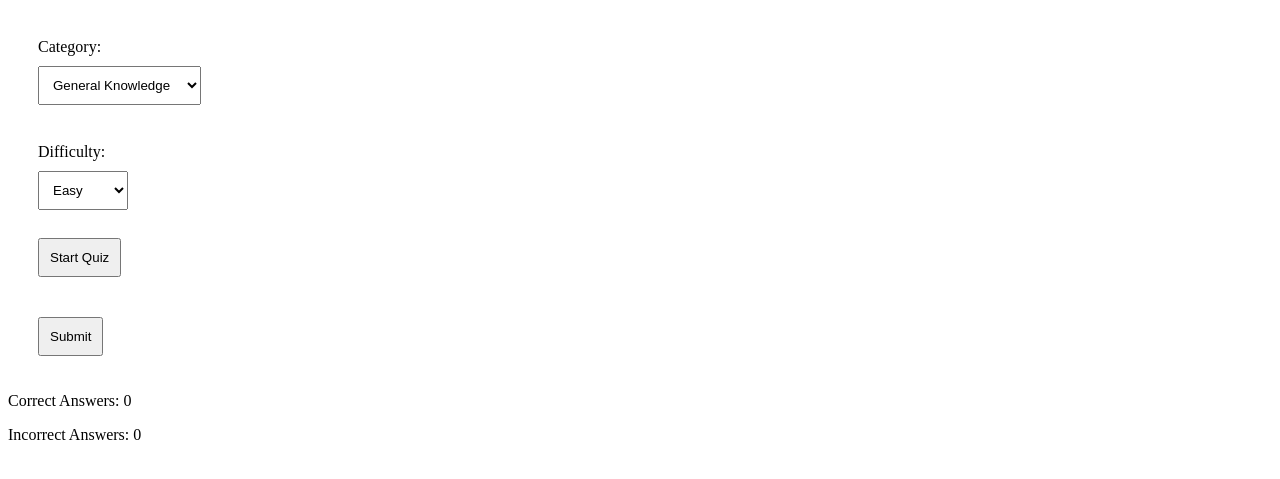
Repository: Kayla-amr/triviaSvelte
Page: /
These files come from the project's save history. The page is drawn as it stood at one moment and after the next save; the edit follows.
The browser window is 1280 px wide. The pictures show the whole page.
The project was rebuilt for these pictures with package versions that can differ from the ones it lists, and the page was loaded fresh each time. The framework's server and built-in components were replaced by stand-ins that run in the browser. Also part of the build but not shown: svelte.config.js, vite.config.js.

Above is the page before, as saved 2023-03-18 09:24:07.

### src/routes/+page.svelte
<script>


	let questions = [];

	function startQuiz() {
		const category = document.getElementById('category').value;
		const difficulty = document.getElementById('difficulty').value;


		const apiUrl = `https://opentdb.com/api.php?amount=10&category=${category}&difficulty=${difficulty}&type=multiple`;
        console.log(apiUrl);

        fetch(apiUrl)
            .then((response) => response.json())
            .then((data) => {
                questions = data.results;
            });
	}


	let correctAnswers = 0;
	let incorrectAnswers = 0;
	let unanswered = 0;

	function submitTrivia() {

		for (let i = 0; i < questions.length; i++) {
			let question = questions[i].question;
			let correctAnswer = questions[i].correct_answer;
			let incorrectAnswers = questions[i].incorrect_answers;
			let userAnswer = document.querySelector(`input[name="${question}"]:checked`).value;


			if (userAnswer === correctAnswer) {
				correctAnswers++;
			} else if (userAnswer === undefined) {
				unanswered++;
			} else {
				incorrectAnswers++;
			}
		}
	}
</script>

<div>
	<form id="quiz-form">

		<label for="category">Category:</label>
		<select id="category" name="category">
			<option value="9">General Knowledge</option>
			<option value="10">Books</option>
			<option value="11">Film</option>
			<option value="12">Music</option>
            <option value="13">Musicals & Theatres</option>
			<!-- Add more options for other categories -->
		</select><br />

		<label for="difficulty">Difficulty:</label>
		<select id="difficulty" name="difficulty">
			<option value="easy">Easy</option>
			<option value="medium">Medium</option>
			<option value="hard">Hard</option>
		</select><br />


		<button on:click={startQuiz}>Start Quiz</button>
	</form>
</div>

<div>
	<form action="triviaQuestions">
		{#each questions as question}
			<p>{@html question.question}</p>
			<input
				type="radio"
				name={question.question}
				value={question.correct_answer}
				id="correctAnswer"
			/>{@html question.correct_answer}<br />
			{#each question.incorrect_answers as incorrect}
				<input
					type="radio"
					name={question.question}
					value={incorrect}
					id="IncorrectAnswer"
				/>{@html incorrect}<br />
			{/each}
		{/each}

		<button on:click={submitTrivia}>Submit</button>
	</form>

	<div>
		<p>Correct Answers: {correctAnswers}</p>
		<p>Incorrect Answers: {incorrectAnswers}</p>
	</div>
</div>

<style>
    form {
        display: flex;
        flex-direction: column;
        align-items: start;
        padding: 20px;
    }
    label {
        padding: 10px;
    }
    select {
        margin: 0 10px 10px 10px;
        padding: 10px;
    }
    button {
        padding: 10px;
        margin: 0 10px;
    }
</style>

Loaded but not shown: src/app.html (common file)

After the next save:
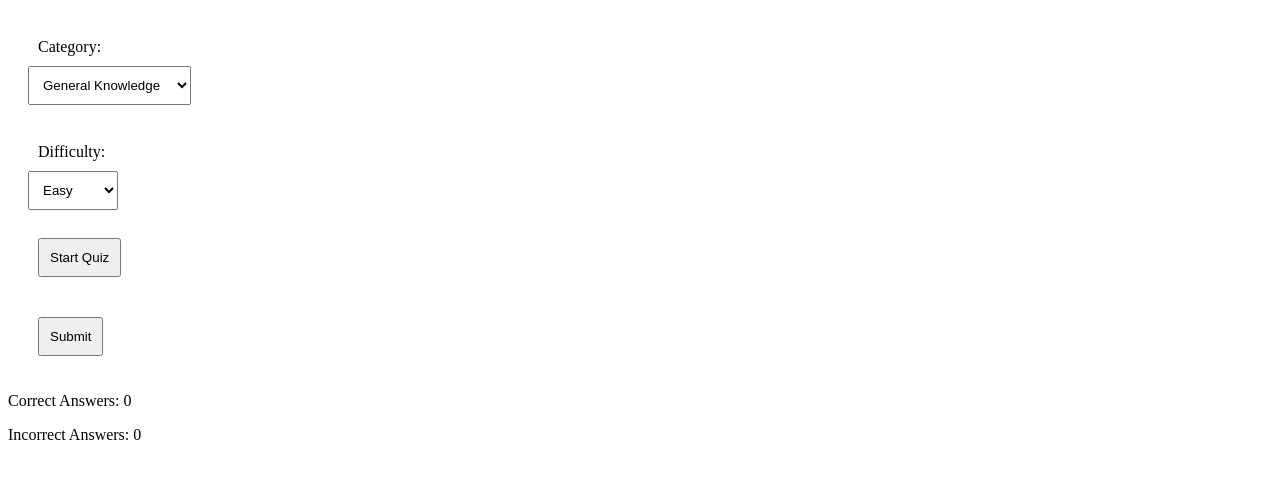
Saved 4 s later.
--- a/src/routes/+page.svelte
+++ b/src/routes/+page.svelte
@@ -108,7 +108,7 @@
         padding: 10px;
     }
     select {
-        margin: 0 10px 10px 10px;
+        margin: 0 10px 10px 0;
         padding: 10px;
     }
     button {

After the save that followed:
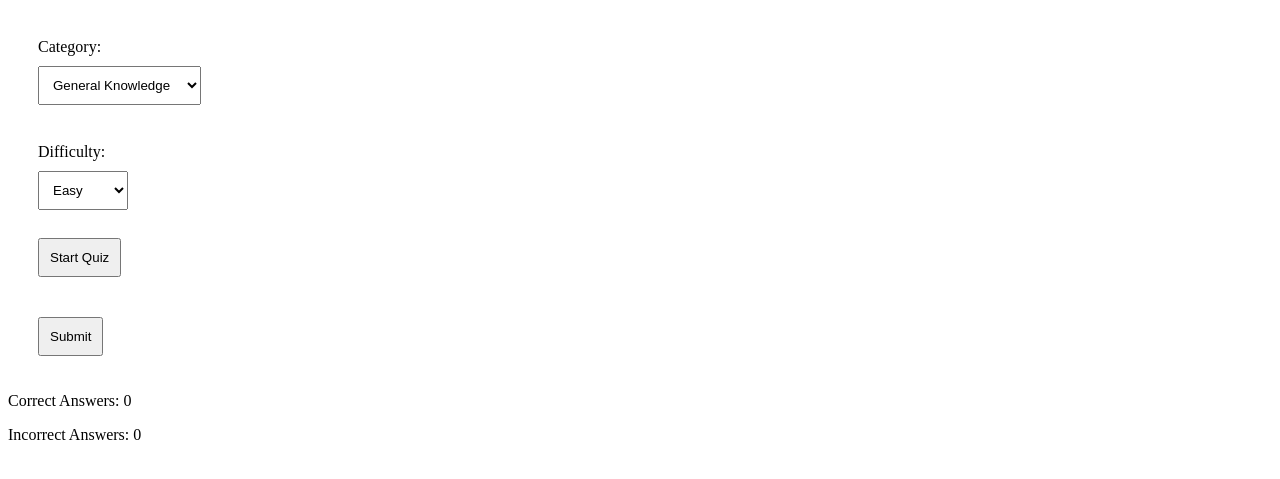
Saved 6 s later.
--- a/src/routes/+page.svelte
+++ b/src/routes/+page.svelte
@@ -108,7 +108,7 @@
         padding: 10px;
     }
     select {
-        margin: 0 10px 10px 0;
+        margin: 0 10px 10px;
         padding: 10px;
     }
     button {
